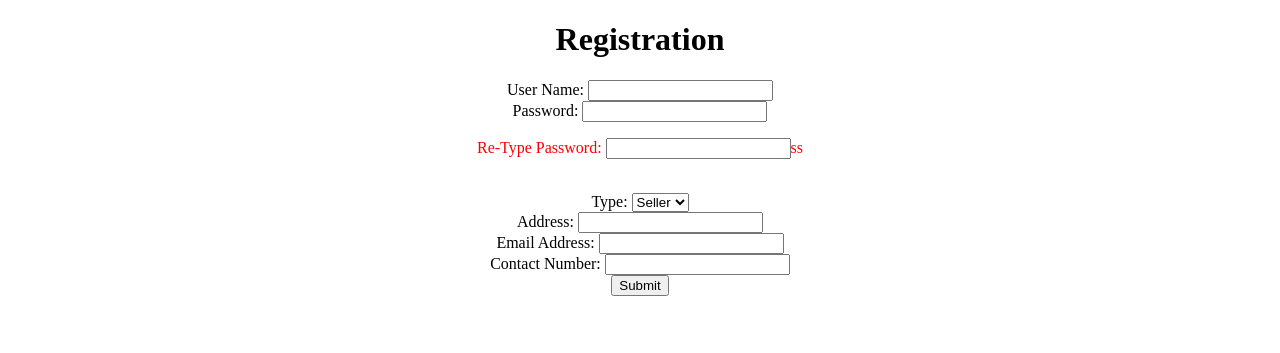
Repository: HariharanMiracle/CodeComplexity
Page: http://localhost/Paf_assignment/Register.jsp
The author's editor kept a copy of each file at every save. The page is drawn from the files as they stood at one save, then again after the next save.
The browser window is 1280 px wide. The pictures show the whole page.
The page is served by Tomcat 9.

Above is the page before, as saved 2019-04-29 19:29:09.

After the next save:
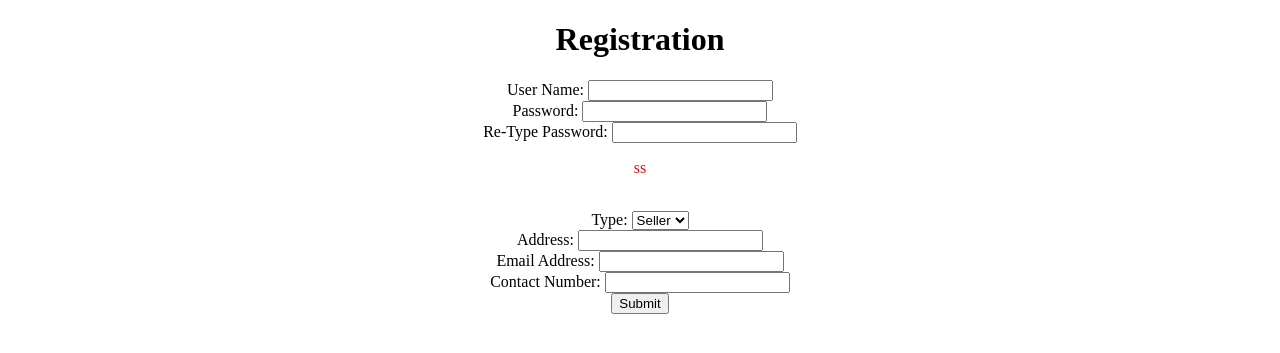
Saved 17 s later.
--- a/Paf_assignment/WebContent/Register.jsp
+++ b/Paf_assignment/WebContent/Register.jsp
@@ -14,7 +14,7 @@
 					<h1>Registration</h1>
 					<label>User Name:</label> <input type="text" name="username" id = "username" required/><br/>
 					<label>Password:</label> <input type="password" name="password" id = "pw" required/><br/>
-					<p id="password" style="color:red"><label>Re-Type Password:</label> <input type="password" name="rpassword" id = "cpw" required/>ss</p><br/>
+					<label>Re-Type Password:</label> <input type="password" name="rpassword" id = "cpw" required/><p id="password" style="color:red">ss</p><br/>
 					<label>Type:</label>
 					<select name = "type">
 					  <option value="Seller">Seller</option>
